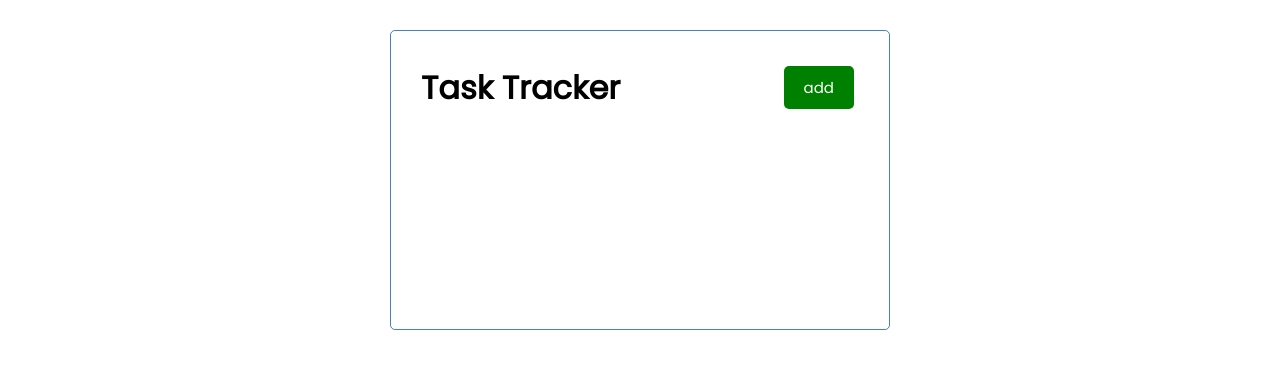
Repository: Samkiroko/task-tracker-app
Page: /
An editor plug-in stored every save of this project. The page is shown before and after a run of saves, followed by the edit.
The browser window is 1280 px wide. The pictures show the whole page.
The project was rebuilt for these pictures with package versions that can differ from the ones it lists, and the page was loaded fresh each time.

Above is the page before, as saved 2021-08-02 16:34:14.

### public/index.html
<!DOCTYPE html>
<html lang="en">

<head>
    <meta charset="utf-8" />
    <link rel="icon" href="%PUBLIC_URL%/favicon.ico" />
    <meta name="viewport" content="width=device-width, initial-scale=1" />
    <meta name="theme-color" content="#000000" />
    <meta name="description" content="Web site created using create-react-app" />
    <link rel="apple-touch-icon" href="%PUBLIC_URL%/logo192.png" />

    <link rel="manifest" href="%PUBLIC_URL%/manifest.json" />

    <title>Task tracker App</title>
</head>

<body>
    <div id="root"></div>
</body>

</html>

### src/index.css
@import url('https://fonts.googleapis.com/css2?family=Poppins:wght@300;400&display=swap');
* {
    box-sizing: border-box;
    margin: 0;
    padding: 0;
}

body {
    font-family: 'Poppins', sans-serif;
}

.container {
    max-width: 500px;
    margin: 30px auto;
    overflow: auto;
    min-height: 300px;
    border: 1px solid steelblue;
    padding: 30px;
    border-radius: 5px;
}

.header {
    display: flex;
    justify-content: space-between;
    align-items: center;
    margin-bottom: 20px;
}

.btn {
    display: inline-block;
    background: #000;
    color: #fff;
    border: none;
    padding: 10px 20px;
    margin: 5px;
    border-radius: 5px;
    cursor: pointer;
    text-decoration: none;
    font-size: 15px;
    font-family: inherit;
}

.btn:focus {
    outline: none;
}

.btn:active {
    transform: scale(0.98);
}

.btn-block {
    display: block;
    width: 100%;
}

.task {
    background: #f4f4f4;
    margin: 5px;
    padding: 10px 20px;
    cursor: pointer;
}

.task.reminder {
    border-left: 5px solid green;
}

.task h3 {
    display: flex;
    align-items: center;
    justify-content: space-between;
}

.add-form {
    margin-bottom: 40px;
}

.form-control {
    margin: 20px 0;
}

.form-control label {
    display: block;
}

.form-control input {
    width: 100%;
    height: 40px;
    margin: 5px;
    padding: 3px 7px;
    font-size: 17px;
}

.form-control-check {
    display: flex;
    align-items: center;
    justify-content: space-between;
}

.form-control-check label {
    flex: 1;
}

.form-control-check input {
    flex: 2;
    height: 20px;
}

footer {
    margin-top: 30px;
    text-align: center;
}

### src/App.js
import Header from './components/Header'

function App() {
  return (
    <div className='container'>
      <Header title='Task Tracker' />
    </div>
  )
}

export default App

### src/components/Header.js
import React from 'react';
import Button from './Button';

const Header = ({ title }) => {
  const onClick = () => {
    console.log('Header clicked');
  };

  return (
    <header className="header">
      <h1>{title}</h1>
      <Button color="green" text="add" onClick={onClick} />
    </header>
  );
};

export default Header;

### src/components/Button.js
import PropTypes from 'prop-types';
import React from 'react';

const Button = ({ color, text, onClick }) => {
  return (
    <button
      onClick={onClick}
      style={{ backgroundColor: color }}
      className="btn">
      {text}
    </button>
  );
};

Button.defaultProps = {
  color: 'steelblue',
};

Button.propTypes = {
  color: PropTypes.string,
  text: PropTypes.string,
  onClick: PropTypes.func,
};

export default Button;

### src/components/Task.js
import React from 'react';

const tasks = [
  {
    id: 1,
    text: 'Buy groceries',
    day: 'Feb 5th at 2:30pm',
    reminder: true,
  },
  {
    id: 2,
    title: 'Learn React',
    day: 'Feb 6th at 1:30pm',
    completed: false,
  },
];

const Task = () => {
  return (
    <>
      {tasks.map(() => (
        <h3>Task.text</h3>
      ))}
    </>
  );
};

export default Task;

Loaded but not shown: src/index.js (common file)

After the next 2 saves:
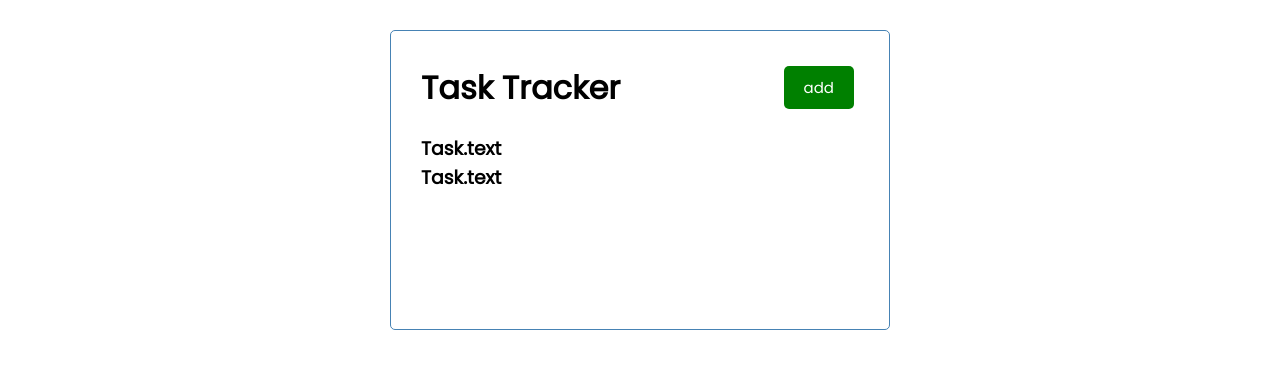
The 2 saves are shown as one change because 1 did not build or start.
The last was saved 46 s later.
--- a/src/App.js
+++ b/src/App.js
@@ -1,11 +1,13 @@
-import Header from './components/Header'
+import Header from './components/Header';
+import Task from './components/Task';
 
 function App() {
   return (
-    <div className='container'>
-      <Header title='Task Tracker' />
+    <div className="container">
+      <Header title="Task Tracker" />
+      <Task />
     </div>
-  )
+  );
 }
 
-export default App
+export default App;
